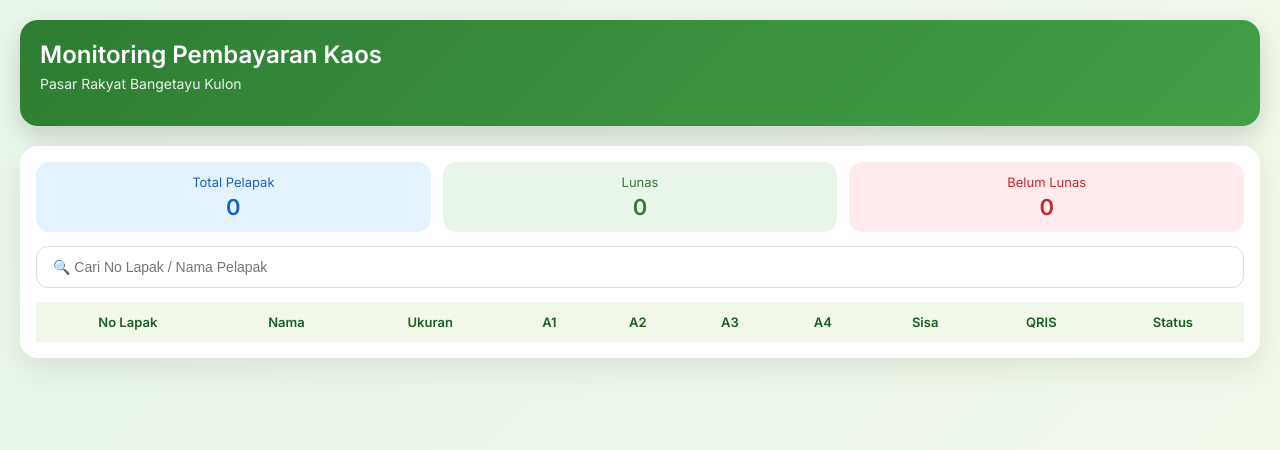
Repository: pasarrakyatbak/monitoringpembayarankaos
Page: index.html
An editor plug-in stored every save of this project. The page is shown before and after the next save, followed by the edit.
The browser window is 1280 px wide. The pictures show the whole page.
The page's requests for data from a server got no answer.

Above is the page before, as saved 2026-01-04 13:59:27.

### index.html
<!DOCTYPE html>
<html lang="id">

<head>
    <meta charset="UTF-8">
    <meta name="viewport" content="width=device-width, initial-scale=1.0">
    <title>Monitoring Pembayaran Kaos</title>

    <!-- FONT -->
    <link rel="preconnect" href="https://fonts.googleapis.com">
    <link rel="preconnect" href="https://fonts.gstatic.com" crossorigin>
    <link href="https://fonts.googleapis.com/css2?family=Inter:wght@400;500;600&display=swap" rel="stylesheet">

    <link rel="stylesheet" href="style.css">
</head>

<body>

    <div class="app">

        <!-- HEADER -->
        <header class="header">
            <h1>Monitoring Pembayaran Kaos</h1>
            <p>Pasar Rakyat Bangetayu Kulon</p>
        </header>
        <!-- CARD -->
        <div class="card">

            <!-- RINGKASAN -->
            <div class="summary" id="summary">
                <div class="summary-card total">
                    <span>Total Pelapak</span>
                    <strong id="totalPelapak">0</strong>
                </div>
                <div class="summary-card lunas">
                    <span>Lunas</span>
                    <strong id="totalLunas">0</strong>
                </div>
                <div class="summary-card belum">
                    <span>Belum Lunas</span>
                    <strong id="totalBelum">0</strong>
                </div>
            </div>

            <!-- TOOLBAR -->
            <div class="toolbar">
                <input type="text" id="searchInput" placeholder="🔍 Cari No Lapak / Nama Pelapak">
            </div>

            <!-- DESKTOP TABLE -->
            <div class="desktop-view">
                <table>
                    <thead>
                        <tr>
                            <th>No Lapak</th>
                            <th>Nama</th>
                            <th>Ukuran</th>
                            <th>A1</th>
                            <th>A2</th>
                            <th>A3</th>
                            <th>A4</th>
                            <th>Sisa</th>
                            <th>QRIS</th>
                            <th>Status</th>
                        </tr>
                    </thead>
                    <tbody id="tableBody"></tbody>
                </table>
            </div>

            <!-- MOBILE CARD -->
            <div class="mobile-view" id="cardContainer"></div>

        </div>

    </div>

    <script src="script.js"></script>
</body>

</html>

### style.css
* {
  box-sizing: border-box;
}

body {
  margin: 0;
  font-family: 'Inter', sans-serif;
  background: linear-gradient(135deg, #e8f5e9, #f1f8e9);
}

.app {
  max-width: 1400px;
  margin: auto;
  padding: 20px;
}

/* ================= HEADER ================= */
.header {
  background: linear-gradient(135deg, #2e7d32, #43a047);
  color: #fff;
  padding: 20px;
  border-radius: 18px;
  box-shadow: 0 10px 25px rgba(0, 0, 0, .15);
}

.header h1 {
  margin: 0;
  font-size: 24px;
}

.header p {
  margin-top: 6px;
  opacity: .9;
  font-size: 14px;
}

/* ================= CARD ================= */
.card {
  margin-top: 20px;
  background: #fff;
  border-radius: 18px;
  padding: 16px;
  box-shadow: 0 12px 30px rgba(0, 0, 0, .08);
}

/* ================= SUMMARY ================= */
.summary {
  display: grid;
  grid-template-columns: repeat(3, 1fr);
  gap: 12px;
  margin-bottom: 14px;
}

.summary-card {
  background: #f5f5f5;
  border-radius: 14px;
  padding: 12px;
  text-align: center;
  font-size: 13px;
}

.summary-card strong {
  display: block;
  font-size: 22px;
  margin-top: 4px;
}

.summary-card.total {
  background: #e3f2fd;
  color: #1565c0;
}

.summary-card.lunas {
  background: #e8f5e9;
  color: #2e7d32;
}

.summary-card.belum {
  background: #ffebee;
  color: #c62828;
}

/* ================= TOOLBAR ================= */
.toolbar input {
  width: 100%;
  padding: 12px 16px;
  border-radius: 12px;
  border: 1px solid #ddd;
  font-size: 14px;
}

.toolbar input:focus {
  outline: none;
  border-color: #2e7d32;
}

/* ================= TABLE ================= */
.desktop-view {
  overflow-x: auto;
}

table {
  width: 100%;
  border-collapse: collapse;
  margin-top: 14px;
  min-width: 1000px;
}

thead th {
  background: #f1f8e9;
  color: #1b5e20;
  padding: 12px;
  font-size: 13px;
  position: sticky;
  top: 0;
}

tbody td {
  padding: 12px;
  font-size: 13px;
  text-align: center;
  border-bottom: 1px solid #eee;
}

tbody tr:hover {
  background: #fafafa;
}

/* 🔴 AUTO MERAH BELUM LUNAS */
tr.belum-lunas {
  background: #ffebee !important;
}

tr.belum-lunas:hover {
  background: #ffcdd2 !important;
}

/* ================= BADGE ================= */
.badge {
  padding: 4px 10px;
  border-radius: 20px;
  font-size: 12px;
  font-weight: 600;
}

.badge-lunas {
  background: #e8f5e9;
  color: #2e7d32;
}

.badge-belum {
  background: #fff3e0;
  color: #ef6c00;
}

.badge-yes {
  background: #e3f2fd;
  color: #1565c0;
}

.badge-no {
  background: #fce4ec;
  color: #c2185b;
}

/* ================= MOBILE CARD ================= */
.mobile-view {
  display: none;
  margin-top: 16px;
  gap: 14px;
}

.pelapak-card {
  background: #fff;
  border-radius: 16px;
  padding: 14px;
  box-shadow: 0 8px 20px rgba(0, 0, 0, .08);
  border-left: 6px solid #2e7d32;
}

/* 🔴 CARD MERAH BELUM LUNAS */
.pelapak-card.belum-lunas {
  border-left-color: #c62828;
  background: #fff5f5;
}

.pelapak-header {
  display: flex;
  justify-content: space-between;
  align-items: center;
}

.lapak {
  font-weight: 600;
  color: #1b5e20;
}

.nama {
  font-size: 13px;
  color: #555;
}

.pelapak-body {
  margin-top: 10px;
  display: grid;
  grid-template-columns: repeat(2, 1fr);
  gap: 8px;
}

.item {
  background: #f1f8e9;
  border-radius: 10px;
  padding: 8px;
  text-align: center;
  font-size: 12px;
}

.item span {
  display: block;
  font-size: 11px;
  color: #666;
}

.summary {
  display: grid;
  grid-template-columns: repeat(3, 1fr);
  gap: 12px;
  margin-bottom: 14px;
}

.summary-card {
  border-radius: 14px;
  padding: 12px;
  text-align: center;
  font-size: 13px;
}

.summary-card strong {
  display: block;
  font-size: 22px;
  margin-top: 4px;
}

.summary-card.total {
  background: #e3f2fd;
  color: #1565c0;
}

.summary-card.lunas {
  background: #e8f5e9;
  color: #2e7d32;
}

.summary-card.belum {
  background: #ffebee;
  color: #c62828;
}

/* ================= RESPONSIVE ================= */
@media (max-width: 768px) {
  .summary {
    grid-template-columns: 1fr;
  }

  .desktop-view {
    display: none;
  }

  .mobile-view {
    display: grid;
    grid-template-columns: 1fr;
    gap: 16px;
  }

  .summary {
    grid-template-columns: 1fr;
  }

  .lapak {
    font-size: 16px;
  }

  .nama {
    font-size: 14px;
  }

  .pelapak-body {
    font-size: 13px;
  }

  .item.full {
    grid-column: span 2;
  }

  .item strong {
    font-weight: 600;
    color: #2e7d32;
  }
}

### script.js
const API_URL = "https://script.google.com/macros/s/AKfycby4z2qZ24SrJkcyGpybH29lSUC_3_z1LG-7wSmTzpaOEXrwjXf0Cl3hqkg95qAxPj1-/exec";

let allData = [];

document.addEventListener('DOMContentLoaded', () => {
    const searchInput = document.getElementById('searchInput');
    const tableBody = document.getElementById('tableBody');
    const cardContainer = document.getElementById('cardContainer');
    const summary = document.getElementById('summary');

    // =============================
    // LOAD DATA
    // =============================
    async function loadData() {
        const res = await fetch(API_URL + "?action=list");
        const data = await res.json();
        allData = data;
        renderAll(data);
        renderSummary(data);
    }

    // =============================
    // SUMMARY
    // =============================
    function renderSummary(data) {
        const totalPelapak = data.length;
        const totalLunas = data.filter(d => d.lunas).length;
        const totalBelum = totalPelapak - totalLunas;

        document.getElementById('totalPelapak').textContent = totalPelapak;
        document.getElementById('totalLunas').textContent = totalLunas;
        document.getElementById('totalBelum').textContent = totalBelum;
    }
    // =============================
    // RENDER ALL
    // =============================
    function renderAll(data) {
        renderTable(data);
        renderCard(data);
    }

    // =============================
    // TABLE (DESKTOP)
    // =============================
    function renderTable(data) {
        tableBody.innerHTML = '';

        data.forEach((row, index) => {
            const statusText = row.lunas ? 'Lunas' : 'Belum';
            const statusBadge = row.lunas ? 'badge-lunas' : 'badge-belum';
            const rowClass = row.lunas ? '' : 'belum-lunas';

            tableBody.innerHTML += `
        <tr class="${rowClass}">
          <td>${row.noLapak}</td>
          <td>${row.nama}</td>
          <td>${row.ukuran}</td>
          <td>${row.a1}</td>
          <td>${row.a2}</td>
          <td>${row.a3}</td>
          <td>${row.a4}</td>
          <td>Rp ${Number(row.total).toLocaleString('id-ID')}</td>
          <td>
            <input type="checkbox" ${row.qris ? 'checked' : ''} data-index="${index}">
          </td>
          <td>
            <span class="badge ${statusBadge}">${statusText}</span>
          </td>
        </tr>
      `;
        });
    }

    // =============================
    // CARD (MOBILE)
    // =============================
    function renderCard(data) {
        cardContainer.innerHTML = '';

        data.forEach((row, index) => {
            const statusText = row.lunas ? 'Lunas' : 'Belum';
            const statusBadge = row.lunas ? 'badge-lunas' : 'badge-belum';
            const cardClass = row.lunas ? '' : 'belum-lunas';

            cardContainer.innerHTML += `
        <div class="pelapak-card ${cardClass}">
          <div class="pelapak-header">
            <div>
              <div class="lapak">Lapak ${row.noLapak}</div>
              <div class="nama">${row.nama}</div>
            </div>
            <span class="badge ${statusBadge}">${statusText}</span>
          </div>

          <div class="pelapak-body">
            <div class="item"><span>Ukuran</span><strong>${row.ukuran}</strong></div>
            <div class="item">
              <span>QRIS</span>
              <input type="checkbox" ${row.qris ? 'checked' : ''} data-index="${index}">
            </div>
            <div class="item"><span>A1</span><strong>${row.a1}</strong></div>
            <div class="item"><span>A2</span><strong>${row.a2}</strong></div>
            <div class="item"><span>A3</span><strong>${row.a3}</strong></div>
            <div class="item"><span>A4</span><strong>${row.a4}</strong></div>
            <div class="item full">
              <span>Total</span>
              <strong>Rp ${Number(row.total).toLocaleString('id-ID')}</strong>
            </div>
          </div>
        </div>
      `;
        });
    }

    // =============================
    // UPDATE QRIS
    // =============================
    document.body.addEventListener('change', async (e) => {
        if (e.target.type === 'checkbox' && e.target.dataset.index !== undefined) {
            const index = e.target.dataset.index;

            const formData = new FormData();
            formData.append("action", "updateQRIS");
            formData.append("index", index);
            formData.append("qris", e.target.checked ? "true" : "false");

            await fetch(API_URL, { method: "POST", body: formData });
            loadData();
        }
    });

    // =============================
    // SEARCH
    // =============================
    searchInput.addEventListener('keyup', () => {
        const keyword = searchInput.value.toLowerCase();
        const filtered = allData.filter(item =>
            item.noLapak.toString().includes(keyword) ||
            item.nama.toLowerCase().includes(keyword)
        );
        renderAll(filtered);
        renderSummary(filtered);
    });

    loadData();
});

After the next save:
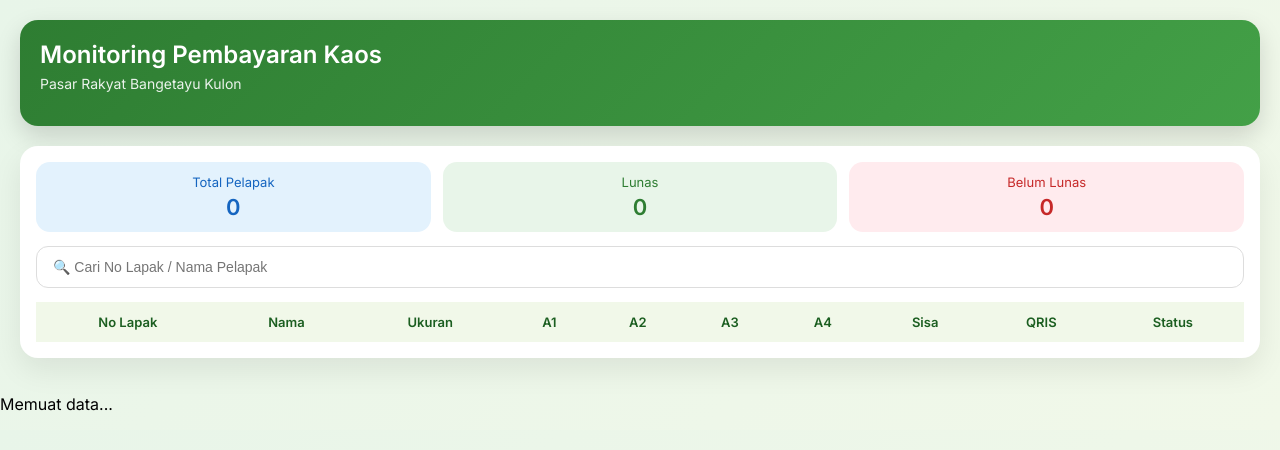
Saved 111 s later.
--- a/index.html
+++ b/index.html
@@ -76,6 +76,11 @@
     </div>
 
     <script src="script.js"></script>
+    <!-- LOADING OVERLAY -->
+    <div id="loadingOverlay" class="loading-overlay hidden">
+        <div class="spinner"></div>
+        <p>Memuat data...</p>
+    </div>
 </body>
 
 </html>

After the 2 saves that followed:
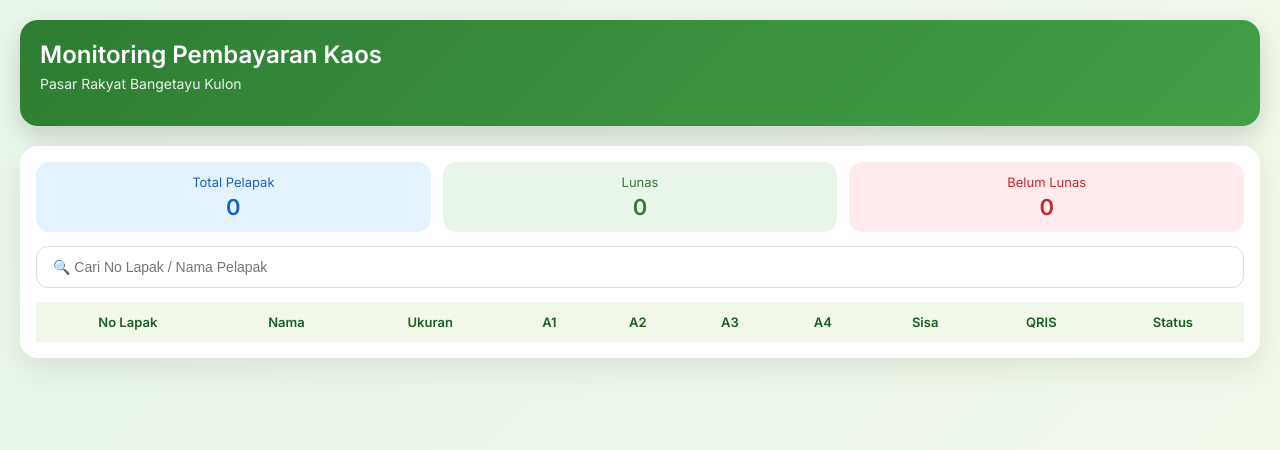
The 2 saves are shown as one change because they came seconds apart.
The last was saved 12 s later.
--- a/style.css
+++ b/style.css
@@ -256,6 +256,48 @@ tr.belum-lunas:hover {
   color: #c62828;
 }
 
+/* ================= LOADING ================= */
+.loading-overlay {
+  position: fixed;
+  top: 0;
+  left: 0;
+  width: 100%;
+  height: 100%;
+  background: rgba(255, 255, 255, 0.85);
+  display: flex;
+  flex-direction: column;
+  align-items: center;
+  justify-content: center;
+  z-index: 9999;
+  backdrop-filter: blur(4px);
+}
+
+.loading-overlay p {
+  margin-top: 12px;
+  font-size: 14px;
+  color: #2e7d32;
+  font-weight: 500;
+}
+
+.loading-overlay.hidden {
+  display: none;
+}
+
+.spinner {
+  width: 48px;
+  height: 48px;
+  border: 5px solid #e0e0e0;
+  border-top: 5px solid #2e7d32;
+  border-radius: 50%;
+  animation: spin 1s linear infinite;
+}
+
+@keyframes spin {
+  to {
+    transform: rotate(360deg);
+  }
+}
+
 /* ================= RESPONSIVE ================= */
 @media (max-width: 768px) {
   .summary {
